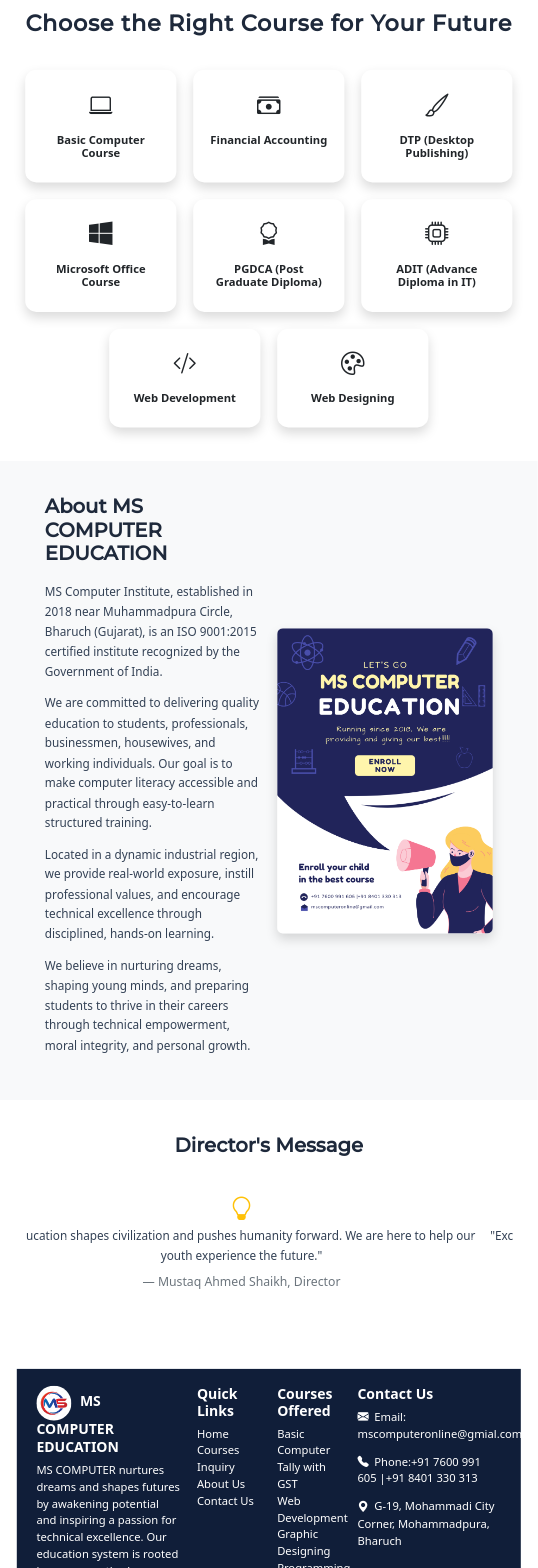
Repository: mscomputer2025/mscomputer
Page: http://localhost/
The author's editor kept a copy of each file at every save. The page is drawn from the files as they stood at one save, then again after the next save.
The browser window is 768 px wide. The pictures show the part of the page from y = 932 to 3172 px (the page is 3364 px tall), at 70% of full size.
Some web fonts or font styles are not loaded; a fallback is used. The page is served by the project's Laravel application, run on PHP 8.4 with Laravel 12. Queries for data that is not in the repository find no rows.

Above is the page before, as saved 2025-07-01 19:28:05.

After the next save:
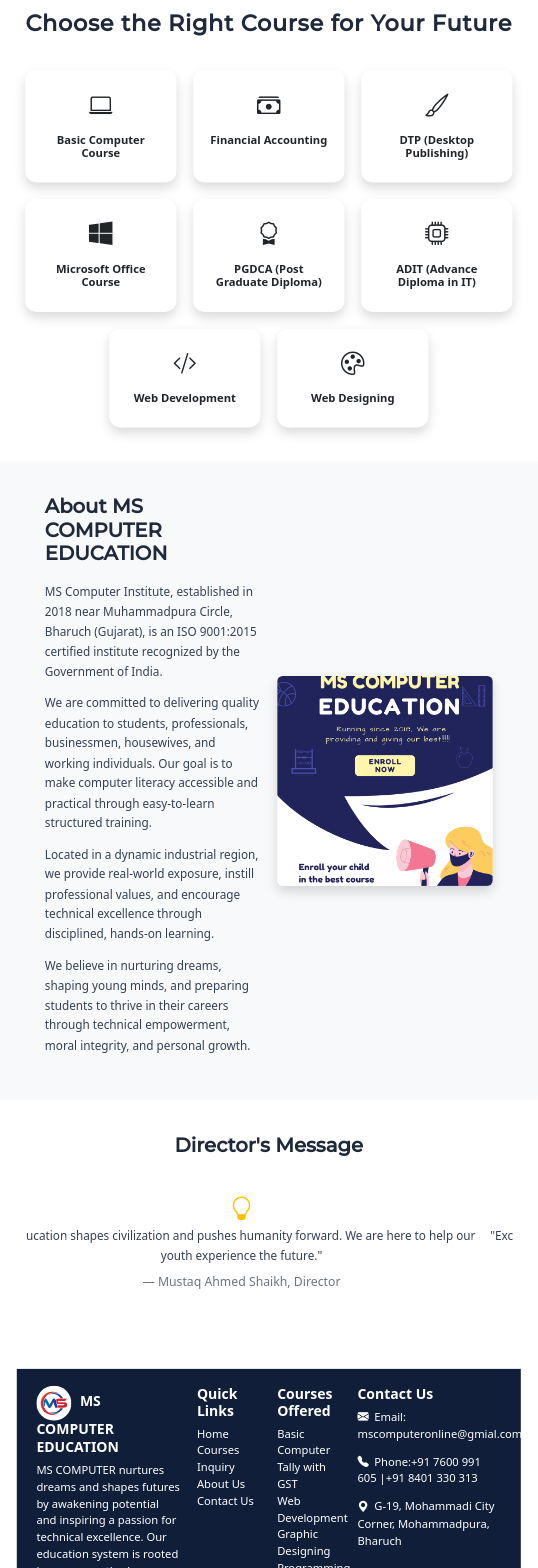
Saved 5 s later.
--- a/public/css/master.css
+++ b/public/css/master.css
@@ -160,3 +160,14 @@
   line-height: 1.7;
   color: #334155;
 }
+.about-image {
+  max-height: 500px;   /* Limit image height */
+  object-fit: cover;   /* Ensures image fills area nicely */
+  width: 100%;         /* Keeps it responsive */
+}
+
+@media (max-width: 768px) {
+  .about-image {
+    max-height: 300px; /* Adjust height on smaller screens */
+  }
+}
